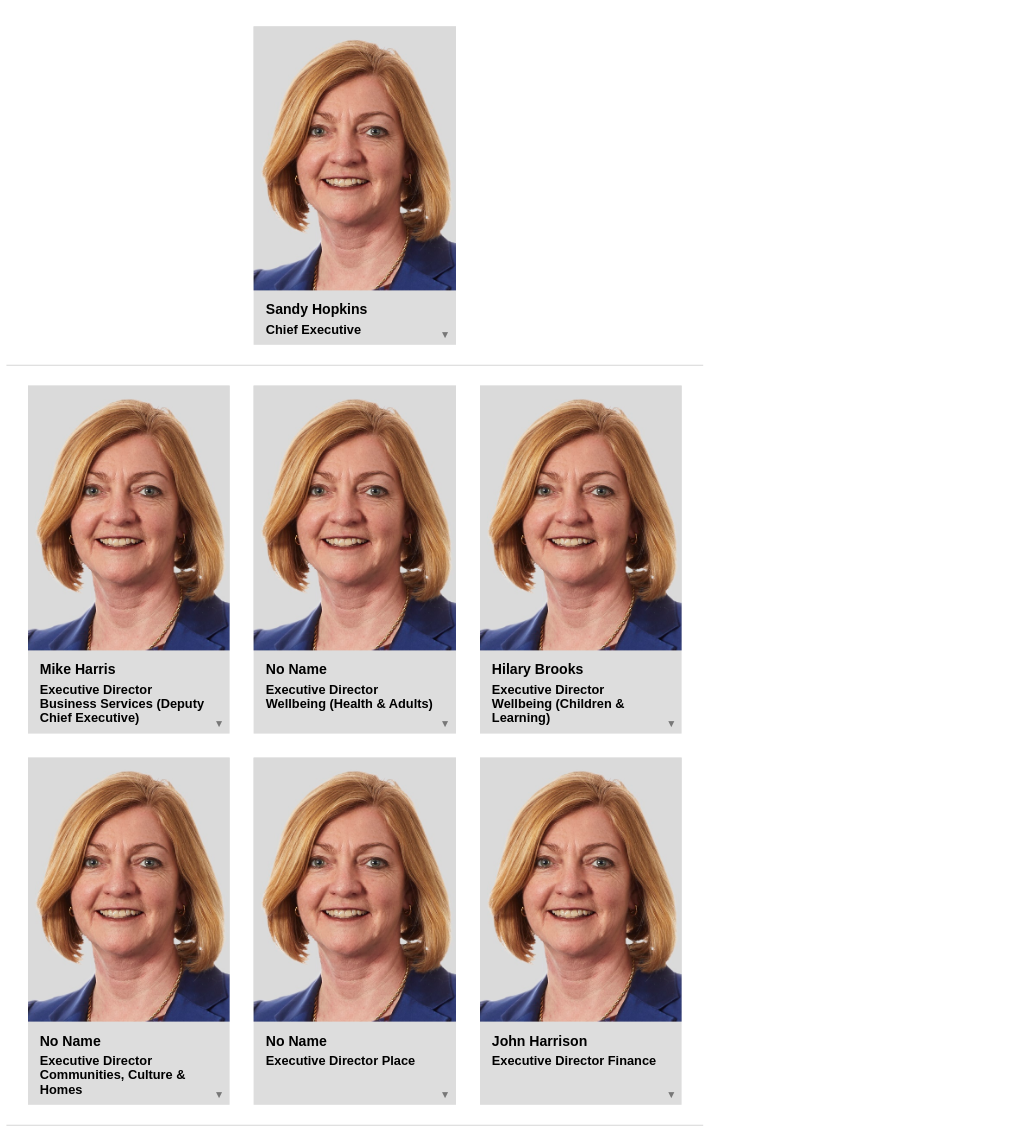
Repository: DigitalExperienceTeam/management
Page: index.html
The author's editor kept a record of every edit. The page is drawn from the files as they stood at one moment, then again after the next edit.
The browser window is 1280 px wide. The pictures show the whole page, at 80% of full size.

Above is the page before.

### index.html
<!DOCTYPE html>
<html lang="en">

<head>
    <meta charset="UTF-8">
    <meta name="viewport" content="width=device-width, initial-scale=1.0">
    <meta http-equiv="X-UA-Compatible" content="ie=edge">
    <script src="https://ajax.googleapis.com/ajax/libs/jquery/3.4.1/jquery.min.js"></script>

    <script type="text/javascript" src="profiles.js"></script>

    <link rel="stylesheet" href="style.css" type="text/css" />
    <title>Document</title>
</head>

<body>
    <div class="profiles-wrapper">
        <div class="profile lighter">
               <img class="profile-pic" src="sandy.jpg">
            <div class="details">
                <p class="name">Sandy Hopkins</p>
                <p class="title">Chief Executive<span class="more">&#9660;</span></p>
            </div>
            <div class="bio">
                <p>Lorem ipsum dolor sit amet, consectetur adipiscing elit. Nunc quis feugiat magna, non vehicula purus. Sed quis enim et dolor tempor aliquet. Proin a tincidunt ligula, nec rhoncus risus. Aliquam ut magna ac nisl dapibus lobortis ut molestie eros. Maecenas ornare quam vel accumsan congue. Curabitur mattis, odio non rhoncus tempor, diam elit convallis lacus, quis feugiat est lectus sit amet mi. Donec at ex in turpis luctus blandit sit amet eu eros. Nullam a libero turpis. Nullam mattis id est ut suscipit. Donec hendrerit turpis sed ligula hendrerit commodo.</p>
<p>Cras sed vulputate libero. Nam rhoncus quam turpis, vitae eleifend velit ornare a. Donec sollicitudin leo id nunc faucibus, imperdiet porttitor ex dictum. Nam condimentum nibh porta ligula molestie rhoncus. Sed pellentesque lacinia nisi ut finibus. Fusce facilisis scelerisque facilisis. Sed consequat quam nec lectus faucibus lacinia.</p>
<div class="less">&#9650;</div>
            </div>
        </div>

    </div>



    <div class="profiles-wrapper">


                 <div class="profile lighter">
               <img class="profile-pic" src="sandy.jpg">
            <div class="details">
                <p class="name">Mike Harris</p>
                <p class="title">Executive Director Business Services (Deputy Chief Executive)<span class="more">&#9660;</span></p>
            </div>
            <div class="bio">
                <p>Lorem ipsum dolor sit amet, consectetur adipiscing elit. Nunc quis feugiat magna, non vehicula purus. Sed quis enim et dolor tempor aliquet. Proin a tincidunt ligula, nec rhoncus risus. Aliquam ut magna ac nisl dapibus lobortis ut molestie eros. Maecenas ornare quam vel accumsan congue. Curabitur mattis, odio non rhoncus tempor, diam elit convallis lacus, quis feugiat est lectus sit amet mi. Donec at ex in turpis luctus blandit sit amet eu eros. Nullam a libero turpis. Nullam mattis id est ut suscipit. Donec hendrerit turpis sed ligula hendrerit commodo.</p>
<p>Cras sed vulputate libero. Nam rhoncus quam turpis, vitae eleifend velit ornare a. Donec sollicitudin leo id nunc faucibus, imperdiet porttitor ex dictum. Nam condimentum nibh porta ligula molestie rhoncus. Sed pellentesque lacinia nisi ut finibus. Fusce facilisis scelerisque facilisis. Sed consequat quam nec lectus faucibus lacinia.</p>
<div class="less">&#9650;</div>
            </div>
        </div>
         <div class="profile lighter">
            <img class="profile-pic" src="sandy.jpg">
            <div class="details">
                <p class="name">No Name</p>
                <p class="title">Executive Director Wellbeing (Health & Adults)<span class="more">&#9660;</span></p>
            </div>
            <div class="bio">
                <p>Lorem ipsum dolor sit amet, consectetur adipiscing elit. Nunc quis feugiat magna, non vehicula purus. Sed quis enim et dolor tempor aliquet. Proin a tincidunt ligula, nec rhoncus risus. Aliquam ut magna ac nisl dapibus lobortis ut molestie eros. Maecenas ornare quam vel accumsan congue. Curabitur mattis, odio non rhoncus tempor, diam elit convallis lacus, quis feugiat est lectus sit amet mi. Donec at ex in turpis luctus blandit sit amet eu eros. Nullam a libero turpis. Nullam mattis id est ut suscipit. Donec hendrerit turpis sed ligula hendrerit commodo.</p>
<p>Cras sed vulputate libero. Nam rhoncus quam turpis, vitae eleifend velit ornare a. Donec sollicitudin leo id nunc faucibus, imperdiet porttitor ex dictum. Nam condimentum nibh porta ligula molestie rhoncus. Sed pellentesque lacinia nisi ut finibus. Fusce facilisis scelerisque facilisis. Sed consequat quam nec lectus faucibus lacinia.</p>
<div class="less">&#9650;</div>
            </div>
        </div>
            <div class="profile lighter">
               <img class="profile-pic" src="sandy.jpg">
            <div class="details">
                <p class="name">Hilary Brooks</p>
                <p class="title">Executive Director Wellbeing (Children & Learning)<span class="more">&#9660;</span></p>
            </div>
            <div class="bio">
                <p>Lorem ipsum dolor sit amet, consectetur adipiscing elit. Nunc quis feugiat magna, non vehicula purus. Sed quis enim et dolor tempor aliquet. Proin a tincidunt ligula, nec rhoncus risus. Aliquam ut magna ac nisl dapibus lobortis ut molestie eros. Maecenas ornare quam vel accumsan congue. Curabitur mattis, odio non rhoncus tempor, diam elit convallis lacus, quis feugiat est lectus sit amet mi. Donec at ex in turpis luctus blandit sit amet eu eros. Nullam a libero turpis. Nullam mattis id est ut suscipit. Donec hendrerit turpis sed ligula hendrerit commodo.</p>
<p>Cras sed vulputate libero. Nam rhoncus quam turpis, vitae eleifend velit ornare a. Donec sollicitudin leo id nunc faucibus, imperdiet porttitor ex dictum. Nam condimentum nibh porta ligula molestie rhoncus. Sed pellentesque lacinia nisi ut finibus. Fusce facilisis scelerisque facilisis. Sed consequat quam nec lectus faucibus lacinia.</p>
<div class="less">&#9650;</div>
            </div>
        </div>

          <div class="profile lighter">
               <img class="profile-pic" src="sandy.jpg">
            <div class="details">
                <p class="name">No Name</p>
                <p class="title">Executive Director Communities, Culture & Homes<span class="more">&#9660;</span></p>
            </div>
            <div class="bio">
                <p>Lorem ipsum dolor sit amet, consectetur adipiscing elit. Nunc quis feugiat magna, non vehicula purus. Sed quis enim et dolor tempor aliquet. Proin a tincidunt ligula, nec rhoncus risus. Aliquam ut magna ac nisl dapibus lobortis ut molestie eros. Maecenas ornare quam vel accumsan congue. Curabitur mattis, odio non rhoncus tempor, diam elit convallis lacus, quis feugiat est lectus sit amet mi. Donec at ex in turpis luctus blandit sit amet eu eros. Nullam a libero turpis. Nullam mattis id est ut suscipit. Donec hendrerit turpis sed ligula hendrerit commodo.</p>
<p>Cras sed vulputate libero. Nam rhoncus quam turpis, vitae eleifend velit ornare a. Donec sollicitudin leo id nunc faucibus, imperdiet porttitor ex dictum. Nam condimentum nibh porta ligula molestie rhoncus. Sed pellentesque lacinia nisi ut finibus. Fusce facilisis scelerisque facilisis. Sed consequat quam nec lectus faucibus lacinia.</p>
<div class="less">&#9650;</div>
            </div>
        </div>

          <div class="profile lighter">
            <img class="profile-pic" src="sandy.jpg">
            <div class="details">
                <p class="name">No Name</p>
                <p class="title">Executive Director Place<span class="more">&#9660;</span></p>
            </div>
            <div class="bio">
                <p>Lorem ipsum dolor sit amet, consectetur adipiscing elit. Nunc quis feugiat magna, non vehicula purus. Sed quis enim et dolor tempor aliquet. Proin a tincidunt ligula, nec rhoncus risus. Aliquam ut magna ac nisl dapibus lobortis ut molestie eros. Maecenas ornare quam vel accumsan congue. Curabitur mattis, odio non rhoncus tempor, diam elit convallis lacus, quis feugiat est lectus sit amet mi. Donec at ex in turpis luctus blandit sit amet eu eros. Nullam a libero turpis. Nullam mattis id est ut suscipit. Donec hendrerit turpis sed ligula hendrerit commodo.</p>
<p>Cras sed vulputate libero. Nam rhoncus quam turpis, vitae eleifend velit ornare a. Donec sollicitudin leo id nunc faucibus, imperdiet porttitor ex dictum. Nam condimentum nibh porta ligula molestie rhoncus. Sed pellentesque lacinia nisi ut finibus. Fusce facilisis scelerisque facilisis. Sed consequat quam nec lectus faucibus lacinia.</p>
<div class="less">&#9650;</div>
            </div>
        </div>



           <div class="profile lighter">
              <img class="profile-pic" src="sandy.jpg">
            <div class="details">
                <p class="name">John Harrison</p>
                <p class="title">Executive Director Finance<span class="more">&#9660;</span></p>
            </div>
            <div class="bio">
                <p>Lorem ipsum dolor sit amet, consectetur adipiscing elit. Nunc quis feugiat magna, non vehicula purus. Sed quis enim et dolor tempor aliquet. Proin a tincidunt ligula, nec rhoncus risus. Aliquam ut magna ac nisl dapibus lobortis ut molestie eros. Maecenas ornare quam vel accumsan congue. Curabitur mattis, odio non rhoncus tempor, diam elit convallis lacus, quis feugiat est lectus sit amet mi. Donec at ex in turpis luctus blandit sit amet eu eros. Nullam a libero turpis. Nullam mattis id est ut suscipit. Donec hendrerit turpis sed ligula hendrerit commodo.</p>
<p>Cras sed vulputate libero. Nam rhoncus quam turpis, vitae eleifend velit ornare a. Donec sollicitudin leo id nunc faucibus, imperdiet porttitor ex dictum. Nam condimentum nibh porta ligula molestie rhoncus. Sed pellentesque lacinia nisi ut finibus. Fusce facilisis scelerisque facilisis. Sed consequat quam nec lectus faucibus lacinia.</p>
<div class="less">&#9650;</div>
            </div>
        </div>





    </div>

</body>

</html>

### profiles.js
$(document).ready(function() {

    $(document).mouseup(function(e)
{
    var container = $(".profile");

    // if the target of the click isn't the container nor a descendant of the container
    if (!container.is(e.target) && container.has(e.target).length === 0)
    {
        $(".bio").slideUp(600);
        $(".profile-pic").removeClass("faded");
        $(".bio").removeClass("darker").addClass("lighter");
        $(".profile").removeClass("darker").addClass("lighter");


    }
});

    $(".profile").click(function() {

        if ( $(this).find(".profile-pic").hasClass("faded")){
            $(this).find(".profile-pic").removeClass("faded");
            $(".profile-pic").not($(this).children()).addClass("faded");

        }

      else {
            $(".profile-pic").not($(this).children()).toggleClass("faded");
      }

        $(this).find(".bio").slideToggle(600);

        $(this).find(".more").fadeToggle(600);

        $(".more").not($(this).children()).show();

        $(".bio").not($(this).children()).slideUp(600);



       $(this).toggleClass("lighter").toggleClass("darker");

      $(".profile").not($(this)).removeClass("darker").addClass("lighter");


       $(this).find(".bio").removeClass("lighter").addClass("darker");


       $(".bio").not($(this).children()).removeClass("darker").addClass("lighter");

    });





});

### style.css
body {
    max-width: 871px;
    font-family: "franklin-gothic-urw",sans-serif;
}

.profiles-wrapper {
    padding: 10px 0;
    display: flex;
    flex-wrap: wrap;
    border-bottom: 1px solid #ccc;
    justify-content: center;
    border-bottom: 1px solid #ccc;
}



.profile {
    box-sizing: border-box;
    width: 29%;
    margin: 15px;
    cursor: pointer;
    display: inline-block;
    vertical-align: top;
    position: relative;
}

.profile:hover {
    background: #ccc;
    transition: 0.4s all;
}


.faded {
    opacity:0.6;
}

.lighter {
    background: #ddd;
}

.darker {
    background: #ccc;
}


.details {
    padding: 5px 15px 10px 15px;
}

.profile img {
    max-width: 100%;
}

.name {
    font-weight: bold;
    font-size: 1.1em;
    margin: 5px 0 0 0;
}

.title {
    font-weight: bold;
     margin: 5px 0 0 0;
     padding-right: 10px;
}

.more {
    float: right;
    color: #777;
    font-family: "Arial Black", Gadget, sans-serif;
    position: absolute;
    right: 7px;
    bottom: 5px;
    font-size: 0.8em;
}

.bio {
    display: none;
    padding: 0 15px 10px 15px;
   position: absolute;
    z-index: 1000;
    font-size: 0.9em;
    box-shadow: 0 10px 10px -2px white;
}

.less {
    text-align: right;
    color: #777;
    font-family: "Arial Black", Gadget, sans-serif;
}

@media only screen and (max-width: 726px) {
 .profiles-wrapper {
    justify-content: flex-start;
}

.profile {
    width: 45%;
    margin: 10px;
}

.profiles-wrapper>.profile:nth-of-type(even) {
margin: 10px 0 10px 10px;
}

}

@media only screen and (max-width: 433px) {


.profile {
    width: 40%;
}

}

After the next edit:
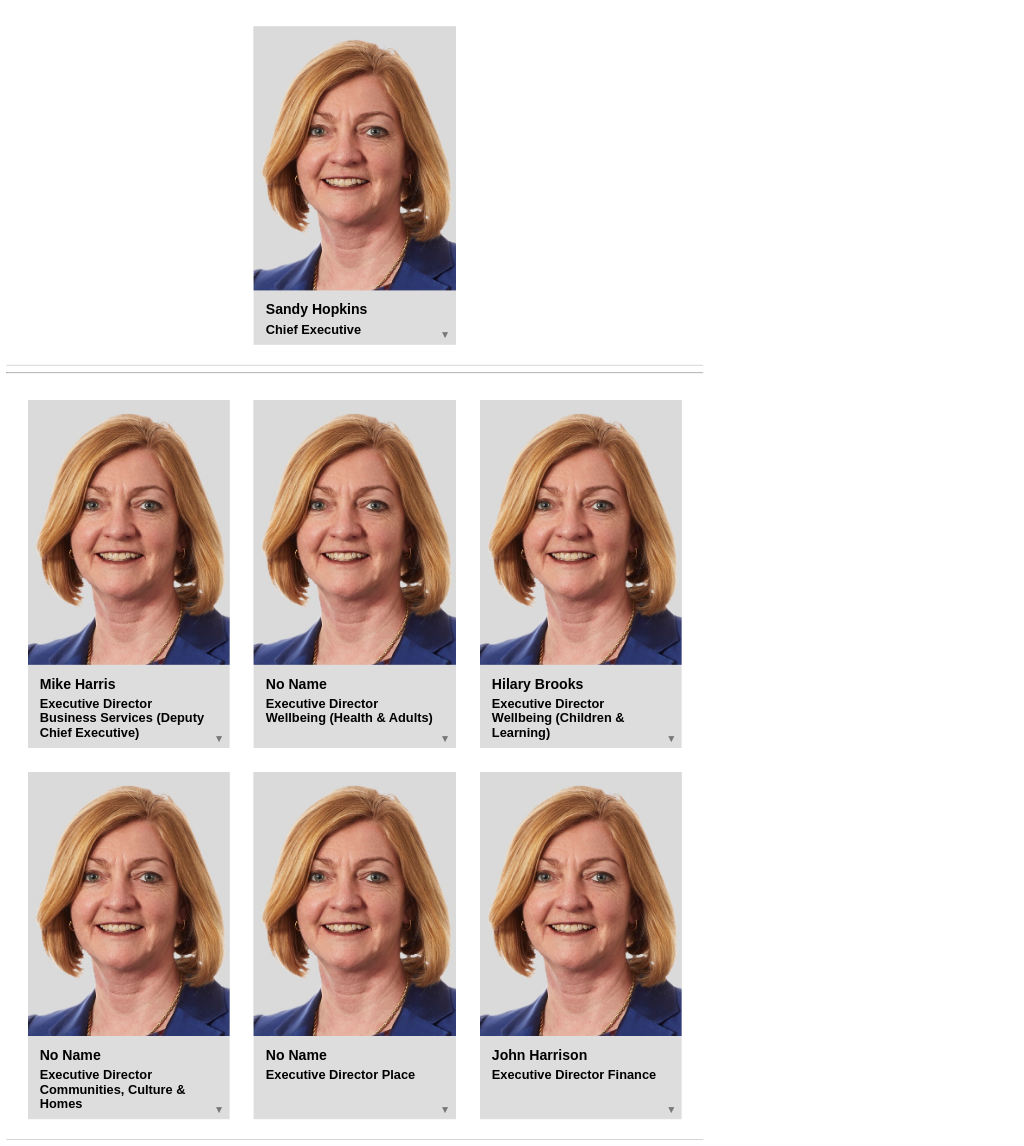
The edit:
--- a/index.html
+++ b/index.html
@@ -29,7 +29,7 @@
         </div>
 
     </div>
-
+    <hr class="profile-divider"></hr>
 
 
     <div class="profiles-wrapper">
